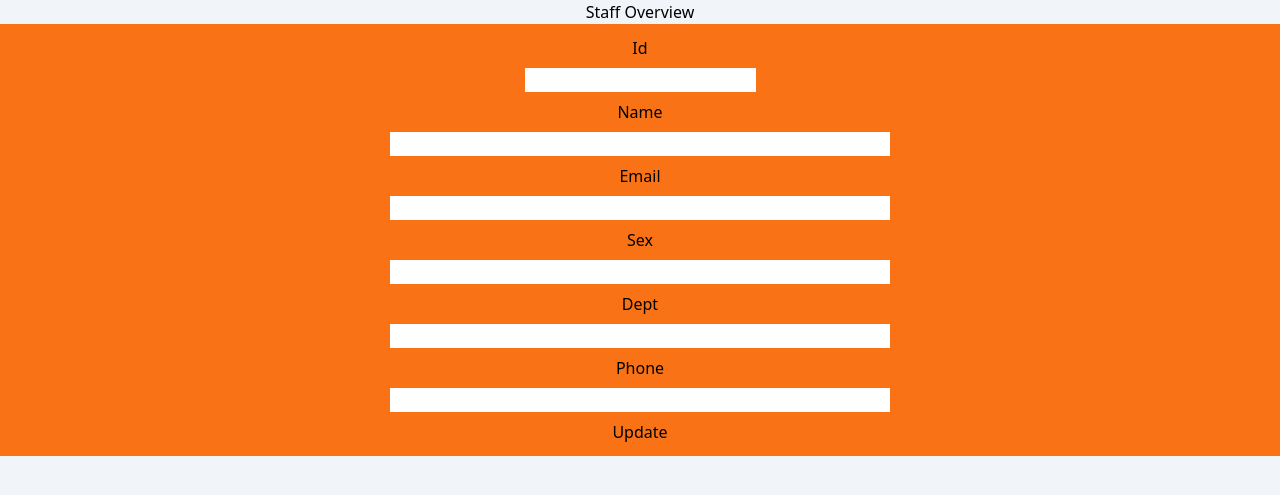
Repository: Semanmernstack/crud
Page: /employee/create
An editor plug-in stored every save of this project. The page is shown before and after the next save, followed by the edit.
The browser window is 1280 px wide. The pictures show the whole page.
The project was rebuilt for these pictures with package versions that can differ from the ones it lists, and the page was loaded fresh each time. Also part of the build but not shown: src/List.js, src/Details.js, src/Edit.js.

Above is the page before, as saved 2022-12-24 01:44:31.

### src/App.js
import List from "./List";
import {
  BrowserRouter,
  Routes,
  Route,

} from "react-router-dom";
import Details from "./Details";
import Create from "./Create";
import Edit from "./Edit";



function App() {
  return (
    <div className="bg-slate-100 h-screen">
      <BrowserRouter>

      <Routes>
        <Route path="/" element={<List/>}> </Route>
        <Route path="/employee/create" element={<Create/>}> </Route>
        <Route path="/employee/details/:empid" element={<Details/>}> </Route>
        <Route path="/employee/edit/:empid" element={<Edit/>}> </Route>
      </Routes>
      </BrowserRouter>

    </div>
  );
}

export default App;

### src/Create.js
import React from 'react'

function Create() {
  return (
    <div className="flex flex-col h-screen   text-center ">
        <div>
            <p>Staff Overview</p>
        </div>
        <form className="">
          <div className="flex text-center p-3 justify-center bg-orange-500  items-center flex-col gap-2">
            <div className="flex flex-col  items-center">
              <span>Id</span>
              <input className='w-full mt-2 outline-none border-none'   type="text" />
            </div>
            <div className="flex flex-col w-[500px] items-center">
              <span>Name</span>
              <input className='w-full mt-2 outline-none border-none' type="text" required />
            </div>
            <div className="flex flex-col w-[500px] items-center">
              <span>Email</span>
              <input className='w-full mt-2 outline-none border-none' type="email" />
            </div>
            <div className="flex flex-col w-[500px] items-center">
              <span>Sex</span>
              <input className='w-full mt-2 outline-none border-none' type="text" />
            </div>
            <div className="flex flex-col w-[500px] items-center">
              <span>Dept</span>
              <input className='w-full mt-2 outline-none border-none' type="text" />
            </div>
            <div className="flex flex-col w-[500px] items-center">
              <span>Phone</span>
              <input className='w-full mt-2 outline-none border-none' type="number" />
            </div>
            <button>Update</button>
          </div>
        </form>
    </div>
  )
}

export default Create

Loaded but not shown: public/index.html (common file); src/index.js (common file); src/index.css (common file); src/reportWebVitals.js (common file); tailwind.config.js (common file)

After the next save:
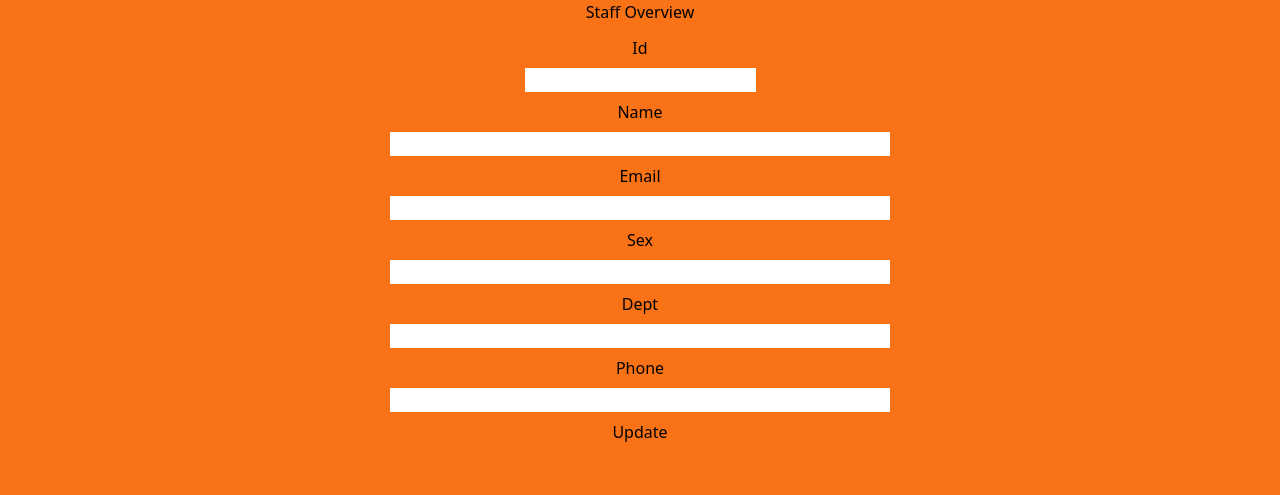
Saved 46 s later.
--- a/src/Create.js
+++ b/src/Create.js
@@ -2,12 +2,12 @@ import React from 'react'
 
 function Create() {
   return (
-    <div className="flex flex-col h-screen   text-center ">
+    <div className="flex flex-col h-screen bg-orange-500   text-center ">
         <div>
             <p>Staff Overview</p>
         </div>
         <form className="">
-          <div className="flex text-center p-3 justify-center bg-orange-500  items-center flex-col gap-2">
+          <div className="flex text-center p-3 justify-center   items-center flex-col gap-2">
             <div className="flex flex-col  items-center">
               <span>Id</span>
               <input className='w-full mt-2 outline-none border-none'   type="text" />
